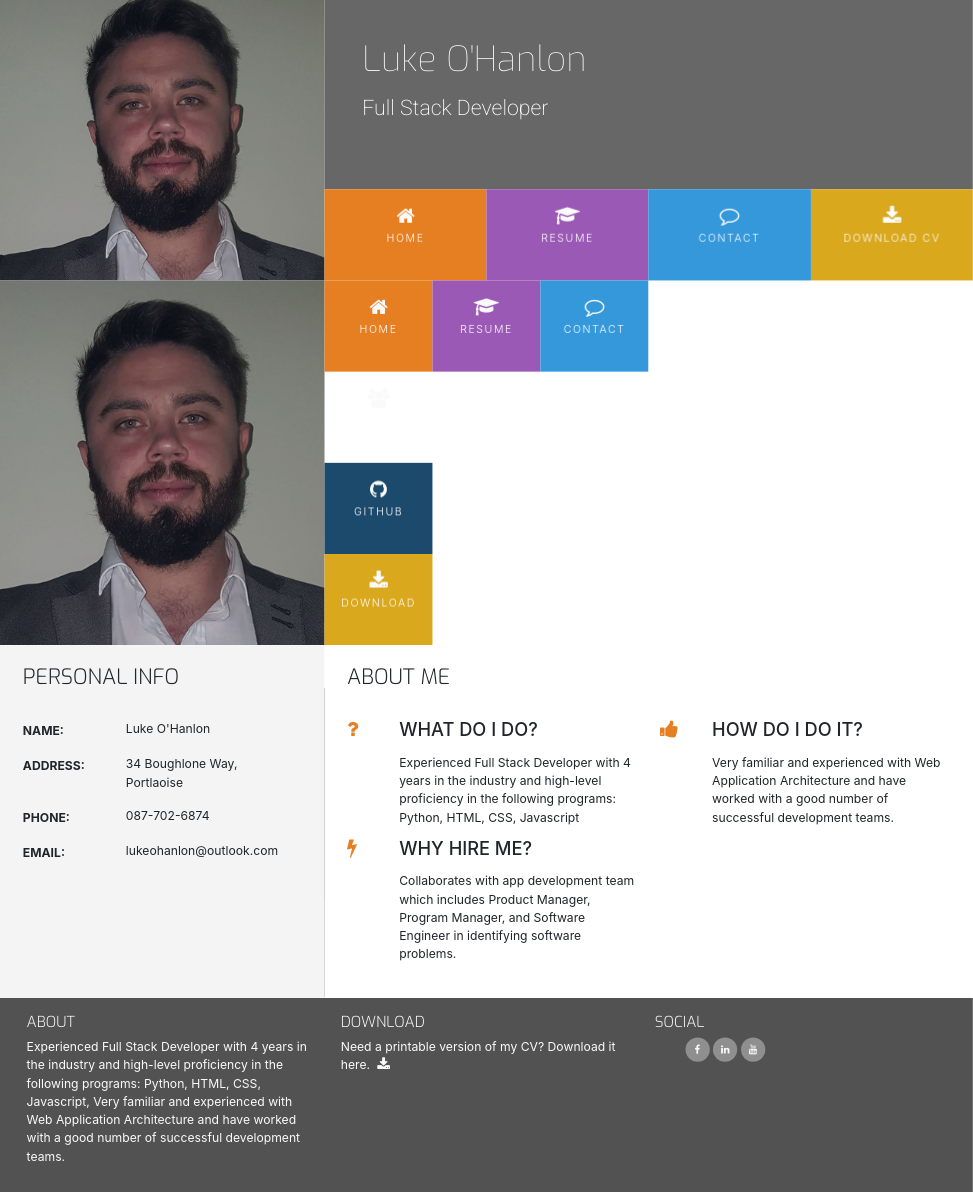
Repository: luke0han/my-resume
Page: index.html
The author's editor kept a record of every edit. The page is drawn from the files as they stood at one moment, then again after the next edit.
The browser window is 1280 px wide. The pictures show the whole page, at 76% of full size.

Above is the page before.

After the next edit:
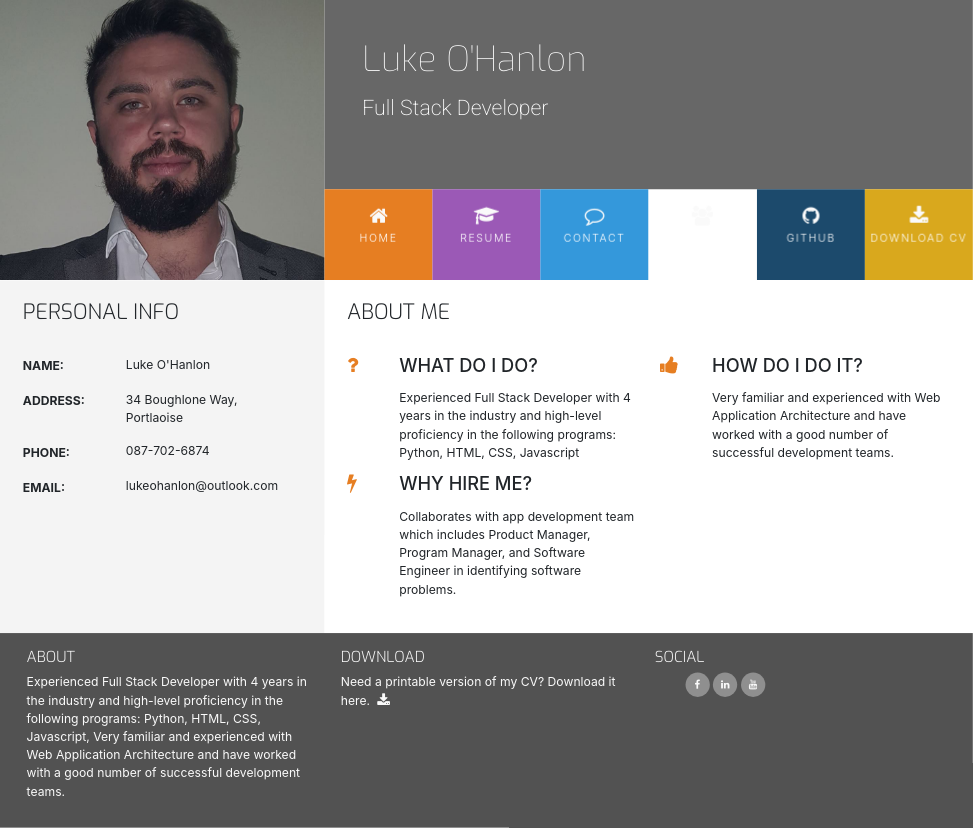
The edit:
--- a/index.html
+++ b/index.html
@@ -27,59 +27,32 @@
                 <div class="row no-gutters">
                     <div class="col">
                         <ul id="nav" class="list-inline menucontainer">
-                            <li class="col-6 col-sm-3 list-inline-item ui-menu-color-home menuitem">
+                            <li class="col-6 col-sm-2 ui-menu-color-home list-inline-item menuitem">
                                 <a href="index.html" class="hvr-sweep-to-bottom"><i class="fa fa-home" aria-hidden="true"></i><span>Home</span></a>
                             </li>
-                            <li class="col-6 col-sm-3 list-inline-item ui-menu-color-resume menuitem">
+                            <li class="col-6 col-sm-2 ui-menu-color-resume list-inline-item menuitem">
                                 <a href="resume.html" class="hvr-sweep-to-bottom"><i class="fa fa-graduation-cap" aria-hidden="true"></i><span>Resume</span></a>
                             </li>
-                            <li class="col-6 col-sm-3 list-inline-item ui-menu-color-contact menuitem">
+                            <li class="col-6 col-sm-2 ui-menu-color-contact list-inline-item menuitem">
                                 <a href="contact.html" class="hvr-sweep-to-bottom"><i class="fa fa-comment-o" aria-hidden="true"></i><span>Contact</span></a>
                             </li>
-                            <li class="col-6 col-sm-3 list-inline-item ui-menu-color-download menuitem">
+                            <li class="col-6 col-sm-2 ui-menu-color-interests list-inline-item menuitem">
+                                <a href="interests.html" class="hvr-sweep-to-bottom"><i class="fa fa-users" aria-hidden="true"></i><span>Interests</span></a>
+                            </li>
+                            <li class="col-6 col-sm-2 ui-menu-color-github list-inline-item menuitem">
+                                <a href="github.html" class="hvr-sweep-to-bottom"><i class="fa fa-github" aria-hidden="true"></i><span>GitHub</span></a>
+                            </li>
+                            <li class="col-6 col-sm-2 ui-menu-color-download list-inline-item menuitem">
                                 <a href="assets/cv/sample-cv.pdf" target="_blank" class="hvr-sweep-to-bottom"><i class="fa fa-download" aria-hidden="true"></i><span>Download CV</span></a>
                             </li>
                         </ul>
                     </div>
+                </div>
                 </div>
             </div>
         </div>
     </header>
-        <div class="row no-gutters">
-            <a href="index.html" class="col-md-4 logo">
-
-            </a>
-            <div class="col-md-8">
-                <div class="row no-gutters bg-color-name-title">
-
-                </div>
-                <div class="row no-gutters">
-                    <div class="col">
-                        <ul id="nav" class="list-inline menucontainer">
-                            <li class="col-xs-6 col-sm-2 ui-menu-color-home list-inline-item menuitem">
-                                <a href="index.html" class="hvr-sweep-to-bottom"><i class="fa fa-home" aria-hidden="true"></i><span>Home</span></a>
-                            </li>
-                            <li class="col-xs-6 col-sm-2 ui-menu-color-resume list-inline-item menuitem">
-                                <a href="resume.html" class="hvr-sweep-to-bottom"><i class="fa fa-graduation-cap" aria-hidden="true"></i><span>Resume</span></a>
-                            </li>
-                            <li class="col-xs-6 col-sm-2 ui-menu-color-contact list-inline-item menuitem">
-                                <a href="contact.html" class="hvr-sweep-to-bottom"><i class="fa fa-comment-o" aria-hidden="true"></i><span>Contact</span></a>
-                            </li>
-                            <li class="col-xs-6 col-sm-2 ui-menu-color-interests menuitem">
-                                <a href="interests.html" class="hvr-sweep-to-bottom"><i class="fa fa-users" aria-hidden="true"></i><span>Interests</span></a>
-                            </li>
-                            <li class="col-xs-6 col-sm-2 ui-menu-color-github menuitem">
-                                <a href="github.html" class="hvr-sweep-to-bottom"><i class="fa fa-github" aria-hidden="true"></i><span>GitHub</span></a>
-                            </li>
-                            <li class="col-xs-6 col-sm-2 ui-menu-color-download list-inline-item menuitem">
-                                <a href="assets/cv/sample-cv.pdf" target="_blank" class="hvr-sweep-to-bottom"><i class="fa fa-download" aria-hidden="true"></i><span>Download</span></a>
-                            </li>
-                        </ul>
-                    </div>
-                </div>
-            </div>
-        </div>
-    </header>
+
     <section class="container-fluid">
         <div class="row">
             <div class="col-md-4 bg-color-personal-info section-column">
